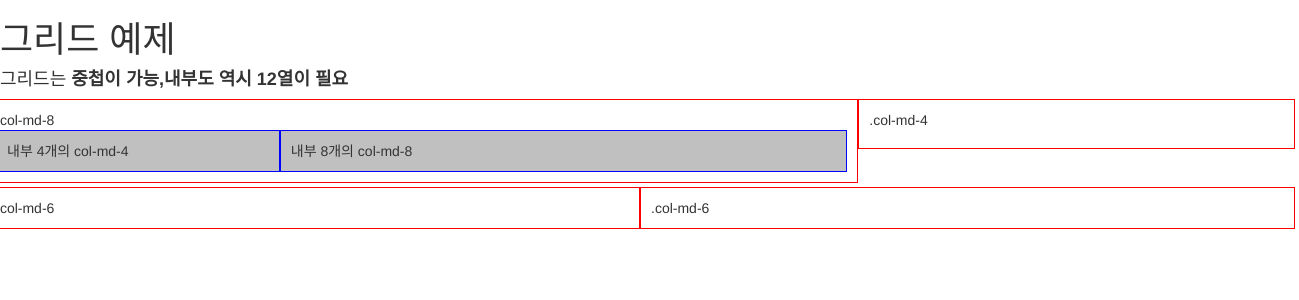
Repository: RYE415/4.jsp
Page: BootstrapTest/src/main/webapp/1.grid/grid2.html
The author's editor kept a copy of each file at every save. The page is drawn from the files as they stood at one save, then again after the next save.
The browser window is 1280 px wide. The page is 1295 px wide, then 1299 px, so the pictures cover 1299 px, including what lies to the right of the window. The pictures show the whole page.
Some web libraries are served in a nearby version.

Above is the page before, as saved 2022-08-08 01:27:25.

After the next save:
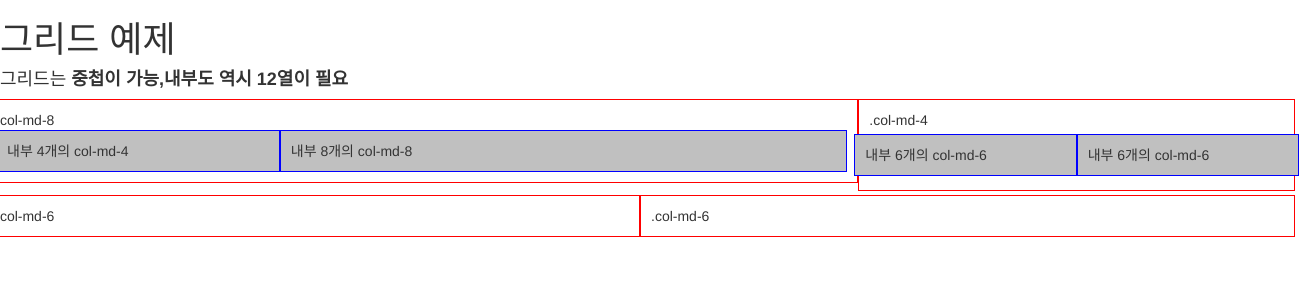
Saved 2 min 10 s later.
--- a/BootstrapTest/src/main/webapp/1.grid/grid2.html
+++ b/BootstrapTest/src/main/webapp/1.grid/grid2.html
@@ -60,7 +60,12 @@
 			</div>
 			<div class="col-md-4">.col-md-4
 				<div class="row">
-
+					<div class="col-md-6 pad10">
+						내부 6개의 col-md-6
+					</div>
+					<div class="col-md-6 pad10">
+						내부 6개의 col-md-6
+					</div>
 				</div>
 			</div>
 		</div>
